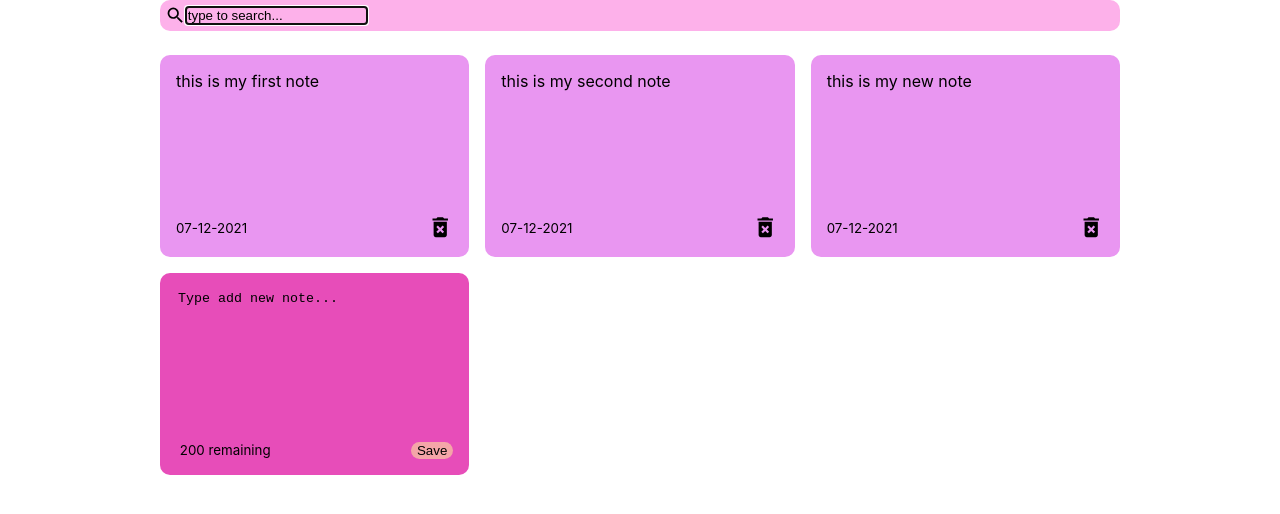
Repository: DeraBola/react-notes-app
Page: /
These files come from the project's save history. The page is drawn as it stood at one moment and after a run of saves; the edit follows.
The browser window is 1280 px wide. The pictures show the whole page.
The first visible `.search input` has the focus.
The project was rebuilt for these pictures with package versions that can differ from the ones it lists, and the page was loaded fresh each time.

Above is the page before, as saved 2022-08-02 12:12:11.

### src/index.js
import React from 'react';
import ReactDOM from 'react-dom/client';
import './index.css';
import App from './App';


const root = ReactDOM.createRoot(document.getElementById('root'));
root.render(
  <React.StrictMode>
    <App />
  </React.StrictMode>
);

### src/index.css
body {
    margin: 0;
    font-family: -apple-system, BlinkMacSystemFont, 'Segoe UI', 'Roboto', 'Oxygen', 'Ubuntu', 'Cantarell', 'Fira Sans', 'Droid Sans', 'Helvetica Neue', sans-serif;
    -webkit-font-smoothing: antialiased;
    -moz-osx-font-smoothing: grayscale;
}

code {
    font-family: source-code-pro, Menlo, Monaco, Consolas, 'Courier New', monospace;
}

.container {
    max-width: 960px;
    margin-right: auto;
    margin-left: auto;
    padding-right: 15px;
    padding-left: 15px;
}

.notes-list {
    display: grid;
    grid-gap: 1rem;
    grid-template-columns: repeat(auto-fit, minmax(250px, 1fr));
}

.note {
    background-color: #e996f1;
    border-radius: 10px;
    padding: 1rem;
    min-height: 170px;
    display: flex;
    flex-direction: column;
    justify-content: space-between;
    white-space: pre-wrap;
}

.note-footer {
    display: flex;
    align-items: center;
    justify-content: space-between;
}

.note.new {
    background-color: #e74db9;
}

textarea {
    border: none;
    resize: none;
    background-color: #e74db9;
}

::placeholder {
    color: black;
}

textarea:focus {
    outline: none;
}

.save {
    background-color: #f4a6a8;
    border: none;
    border-radius: 15px;
    padding: 5px 10px5px10px;
}

.save:hover {
    background-color: #fa5d62;
    cursor: pointer;
}

.delete-icon {
    cursor: pointer;
}

.search {
    display: flex;
    align-items: center;
    background-color: #fdb1ea;
    border-radius: 10px;
    padding: 5px;
    margin-bottom: 1.5em;
}

.search input {
    border: none;
    background-color: #fdb1ea;
}

.search input:focus {
    o
}

### src/App.js
import NotesList from './components/NotesList';
import Search from './components/Search';
import { useState }  from 'react';
import { nanoid }  from 'nanoid';
 const App = () =>{
   const [notes, setNotes] = useState([
     {
    id: nanoid(),
     text: "this is my first note",
     date:"07-12-2021",
   },
   {
    id: nanoid(),
     text: "this is my second note",
     date:"07-12-2021",
   },
   {
    id: nanoid(),
     text: "this is my new note",
     date:"07-12-2021",
   },
  ]);

const addNote = (text) => {
  const date = new Date();
  const newNote = {
    id: nanoid(),
    text: text,
    date: date.toLocaleDateString()
  }
  const newNotes = [...notes, newNote];
  setNotes(newNotes);
};

const deleteNote = (id) => {
  const newNotes = notes.filter((note) => note.id !== id);
  setNotes(newNotes);
}

   return(
    <div className="container" >
      <Search />
      <NotesList notes={notes}
       handleAddNote={addNote}
       handleDeleteNote={deleteNote}
       />
    </div>
   )
 }

 export default App;

### src/components/NotesList.js
import Note from './Note';
import AddNote from './AddNote';

const NotesList  = ({ notes, handleAddNote, handleDeleteNote }) => {
return(
    <div className="notes-list">
        {notes.map((note) => (
        <Note
         id={note.id}
         text={note.text}
         date={note.date}
         handleDeleteNote={handleDeleteNote}
         />
         ))}
         <AddNote handleAddNote={handleAddNote}/>
    </div>
);
};

export default NotesList;

### src/components/Search.js
import React from 'react';
import { MdSearch } from 'react-icons/md'

const Search = () =>{
    return(
        <div className='search'>
            <MdSearch className="search-icons" size="1.3em" />
            <input type='text' placeholder='type to search...' />
        </div>
    )
};

export default Search;

### src/components/Note.js

import { MdDeleteForever } from 'react-icons/md'

const Note  = ( {id, text, date, handleDeleteNote} ) => {
    return(
        <div className='note'>
             <span>{ text }</span>
             <div className="note-footer">
                <small>{ date }</small>
                <MdDeleteForever
                onClick={() => handleDeleteNote(id)}
                className='delete-icon' size='0.7cm' />
             </div>
        </div>
    );
    };

    export default Note;

### src/components/AddNote.js
import { useState }  from 'react';
const AddNote  = ({ handleAddNote }) => {
    const [noteText, setNoteText] = useState('');

    const characterLimit = 200;

    const handleChange = (event) =>{
        if(characterLimit - event.target.value.length >= 0){
            setNoteText(event.target.value);
        }
    };

    const handleSaveClick = () =>{
        if(noteText.trim().length > 0){
            handleAddNote(noteText);
            setNoteText('');
        }
    };

return(
    <div className="note new">
         <textarea
         rows="8" cols="10" placeholder='Type add new note...'
         value={noteText}
         onChange={handleChange}
         ></textarea>
         <div  className='note-footer' >
             <small> {characterLimit - noteText.length} remaining</small>
             <button className='save' onClick={handleSaveClick} >Save</button>
         </div>
    </div>
);
};

export default AddNote ;

Loaded but not shown: public/index.html (common file); public/manifest.json (common file)

After the next 4 saves:
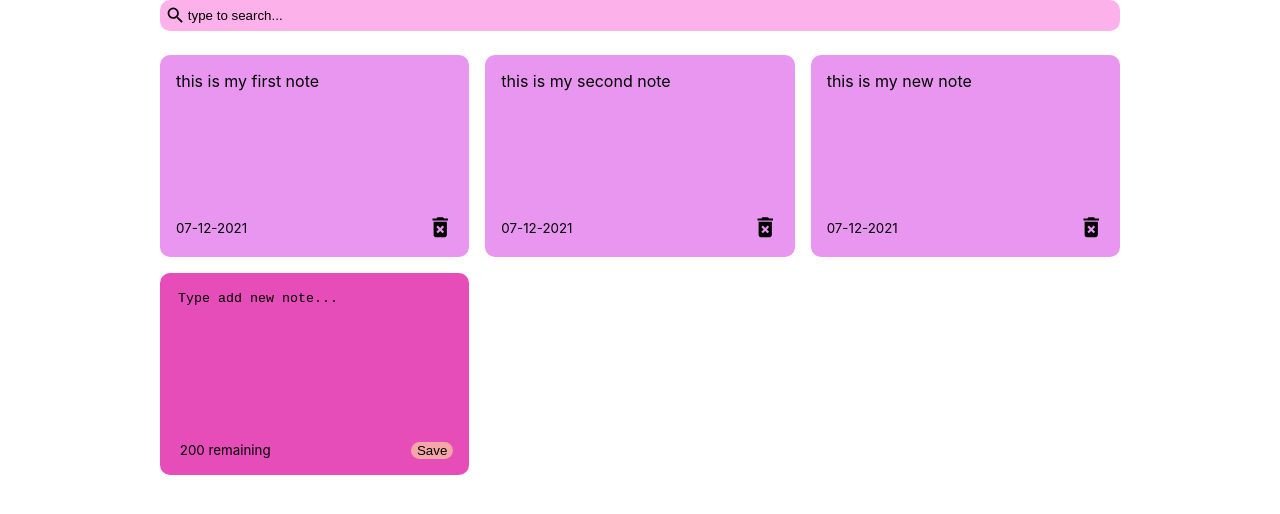
The 4 saves are shown as one change because they came seconds apart.
The last was saved 16 s later.
--- a/src/index.css
+++ b/src/index.css
@@ -89,5 +89,5 @@ textarea:focus {
 }
 
 .search input:focus {
-    o
+    outline: none;
 }
